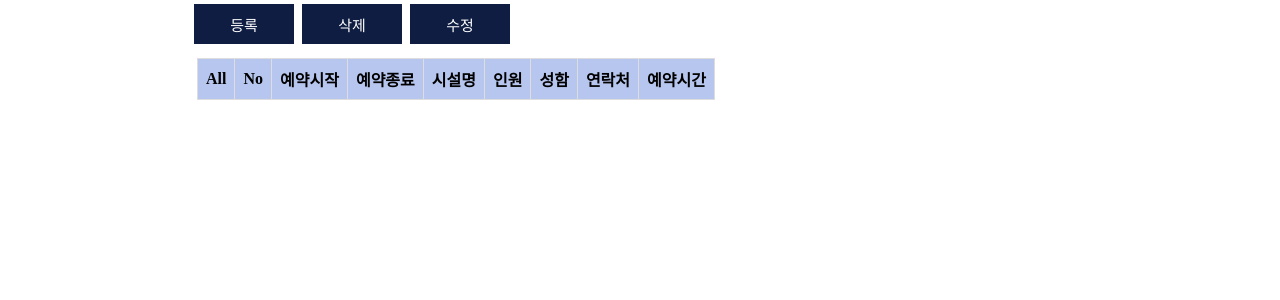
Repository: psyoongsc/SogongDo_Facility
Page: http://localhost/SogongDo_Management_System/Reserv_Cancel_Mgmt/InquiryCancelView.jsp
These files come from the project's save history. The page is drawn as it stood at one moment and after the next save; the edit follows.
The browser window is 1280 px wide. The pictures show the whole page.
The page is served by Tomcat 9. Nobody is signed in. The application's start-up code is not run.

Above is the page before, as saved 2020-06-25 16:38:42.

After the next save:
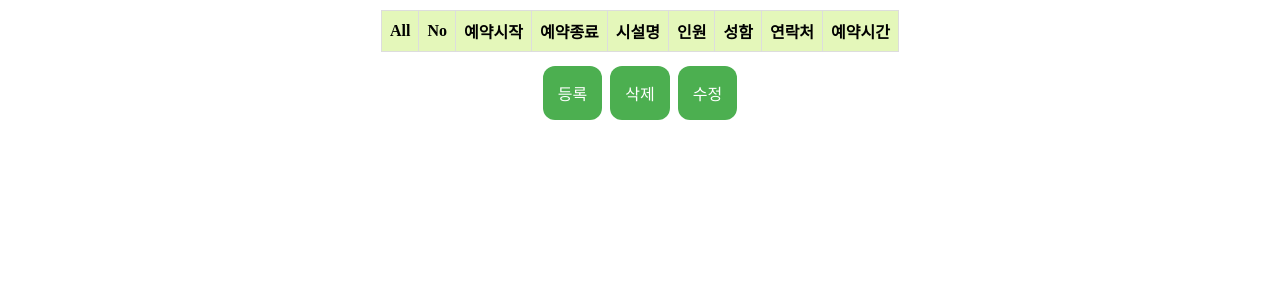
Saved 7 min 16 s later.
--- a/SogongDo_Management_System/WebContent/Reserv_Cancel_Mgmt/InquiryCancelView.jsp
+++ b/SogongDo_Management_System/WebContent/Reserv_Cancel_Mgmt/InquiryCancelView.jsp
@@ -7,86 +7,56 @@
 <html>
 <head>
 	<title>예약 취소  정보 관리</title>
-	<style>
+    <style>
+		body{
+		    margin: 0;
+		    padding: 0;
+		    text-align: center;
+		}
 
-body{
+		th, td {
+		    padding: 8px;
+		    text-align: center;
+		    border-bottom: 1px solid;
+		    border: 1px solid;
+		}
 
-    margin: 0;
-    padding: 0;
-}
+		thead th{
+		    background-color: #E4F7BA;
+		}
 
+		table {
+		    position: relative;
+		    margin: 10px 5px;
+		    border-collapse: collapse;
+		    display: inline-block;
+		    overflow:auto;
+		}
 
+		tbody tr:hover {background-color:#f5f5f5;}
 
-.content{
-    width: 100%;
-    height: 30rem;
-}
+        th, td {
+            border: 1px solid #ddd;
+            border-collapse: collapse;
+        }
 
-table {
-    position: relative;
-    left: 50%;
-    transform: translateX(-50%);
-    margin: 10px 5px;
-    border-collapse: collapse;
-    width: 70%;
-    display:block;
-    height:450px;
-    overflow:auto;
-}
-
-th, td {
-    padding: 8px;
-    text-align: center;
-    border-bottom: 1px solid #ddd;
-    border: 1px solid #ddd;
-}
-
-thead th{
-    background-color: #B7C6EE;
-}
-
-tbody tr:hover {background-color:#DEE6F8;}
-
-.bt{
-    position: relative;
-    left: 15%;
-   	width : 100px;
-    height : 40px;
-    background-color: #0F1D42;
-    border: none;
-    color: white;
-    padding: 10px;
-    text-align: center;
-    text-decoration: none;
-    display: inline-block;
-    font-size: 15px;
-    margin: 4px 2px;
-    cursor: pointer;
-}
-.btC{
-position: relative;
-    left: 36%;
-   	width : 150px;
-    height : 40px;
-    background-color: #0F1D42;
-    border: none;
-    color: white;
-    padding: 10px;
-    text-align: center;
-    text-decoration: none;
-    display: inline-block;
-    font-size: 15px;
-    margin: 4px 2px;
-    cursor: pointer;
-}
-
-</style>
+        .bt {
+            position: relative;
+		    border-radius: 12px;
+		    background-color: #4CAF50;
+		    border: none;
+		    color: white;
+		    padding: 15px;
+		    text-align: center;
+		    text-decoration: none;
+		    display: inline-block;
+		    font-size: 16px;
+		    margin: 4px 2px;
+        }
+    </style>
 </head>
 <body>
         <div class="content">
-          	<button class="bt register">등록</button>
-           	<button class="bt delete">삭제</button>
-			<button class="bt update">수정</button>
 
             <table>
                 <thead>
@@ -124,6 +94,12 @@ position: relative;
                 </tbody>
             </table>
 
+        </div>
+
+        <div>
+        	<button class="bt register">등록</button>
+           	<button class="bt delete">삭제</button>
+			<button class="bt update">수정</button>
         </div>
 
 
